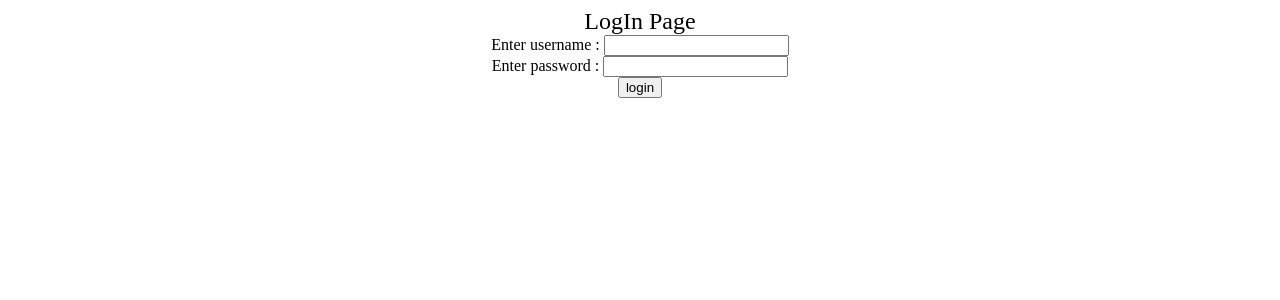
Repository: adarshsingh011/demoapp
Page: http://localhost/demoapp/login.jsp
The author's editor kept a copy of each file at every save. The page is drawn from the files as they stood at one save, then again after the next save.
The browser window is 1280 px wide. The pictures show the whole page.
The page is served by Tomcat 10.

Above is the page before, as saved 2022-03-17 09:11:38.

After the next save:
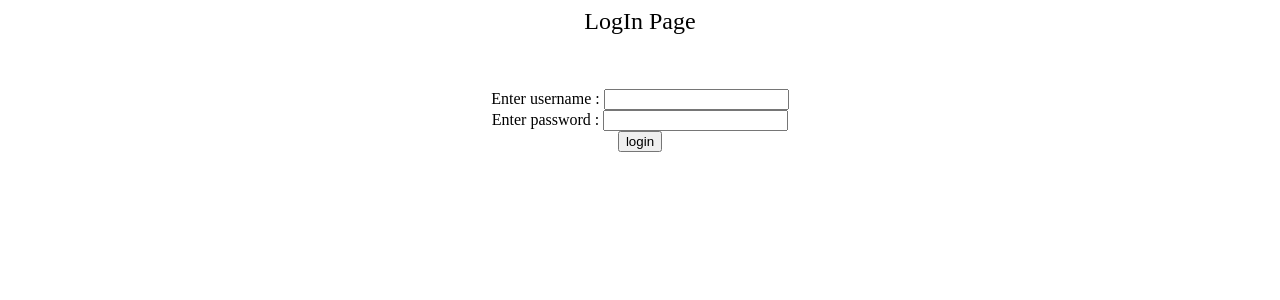
Saved 11 min 43 s later.
--- a/demoapp/src/main/webapp/login.jsp
+++ b/demoapp/src/main/webapp/login.jsp
@@ -7,7 +7,7 @@
 <title>Insert title here</title>
 </head>
 <body>
-	<center><font size="+2">LogIn Page</font></center>
+	<center><font size="+2">LogIn Page</font></center><br><br><br>
 	<form action="Login" method= "post">
 			<center>Enter username : <input type="text" name="uname"><br>
 			Enter password : <input type="password" name="pass"><br>
